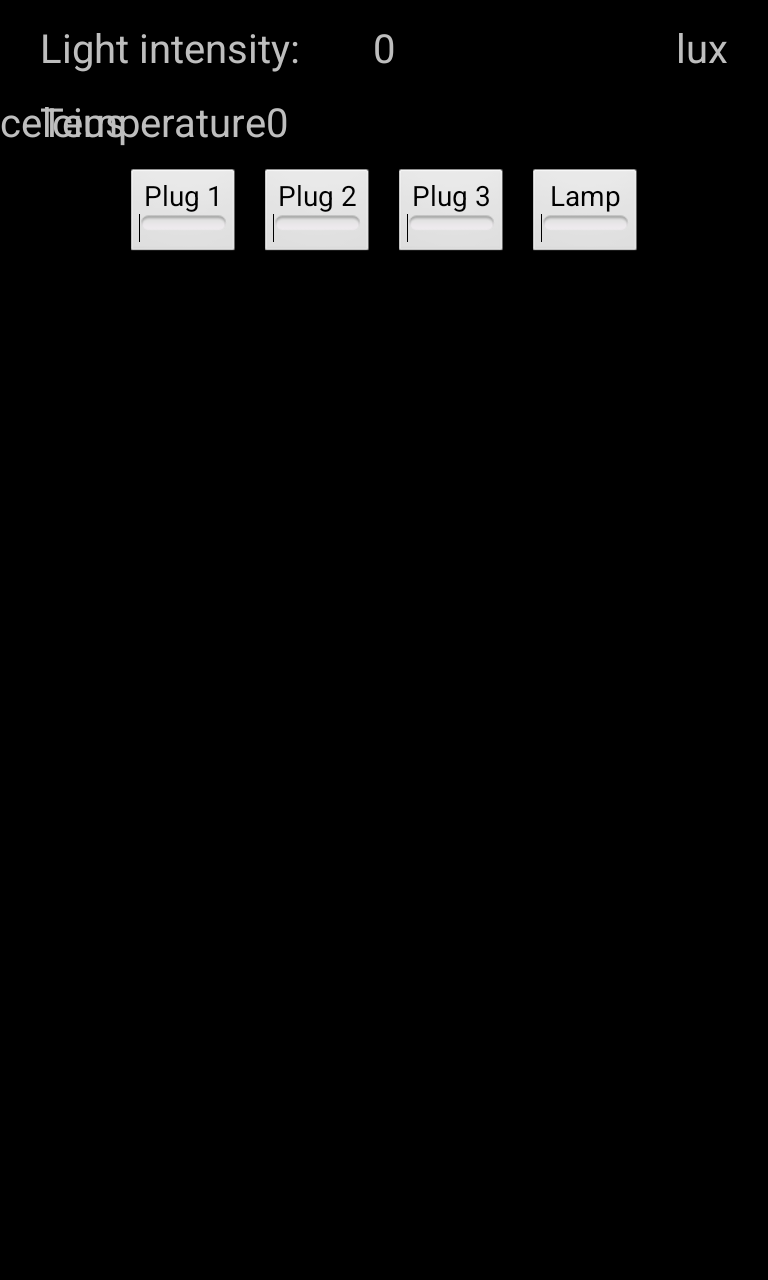
Repository: deanzaka/Shroom-Smart-Terminal
Layout: IOIOShroomST/res/layout/main.xml
These files come from the project's save history. The layout is drawn as it stood at one moment and after the next save; the edit follows.
It is drawn on a 768 x 1280 px phone screen (xhdpi) without system bars, with theme android:Theme; the app's code is not run.

Above is the layout before, as saved 2014-11-16 15:07:54.

### IOIOShroomST/res/layout/main.xml
<?xml version="1.0" encoding="utf-8"?>
<LinearLayout xmlns:android="http://schemas.android.com/apk/res/android"
    android:orientation="vertical"
    android:layout_width="fill_parent"
    android:layout_height="fill_parent">

	<RelativeLayout
		android:layout_width="match_parent"
		android:layout_height="wrap_content"
		android:orientation="horizontal"
		android:gravity="left"
		android:paddingTop="10dp">

		<TextView
			android:text="@string/light_label"
			android:layout_width="wrap_content"
			android:layout_height="wrap_content"
			android:layout_alignParentLeft="true"
			android:paddingLeft="20dp"
			android:textSize="20sp"
			/>

		<TextView
		    android:id="@+id/LuxValue"
		    android:layout_width="wrap_content"
		    android:layout_height="wrap_content"
		    android:layout_centerHorizontal="true"
		    android:text="0"
		    android:textSize="20sp" />

		<TextView
			android:text="@string/lux_label"
			android:layout_width="wrap_content"
			android:layout_height="wrap_content"
			android:layout_alignParentRight="true"
			android:paddingRight="20dp"
			android:textSize="20sp"
			/>
	</RelativeLayout>

	<RelativeLayout
		android:layout_width="wrap_content"
		android:layout_height="wrap_content"
		android:orientation="horizontal"
		android:gravity="left"
		android:paddingTop="10dp">

		<TextView
			android:id="@+id/TempLabel"
			android:text="@string/temp_label"
			android:layout_width="wrap_content"
			android:layout_height="wrap_content"
			android:paddingLeft="20dp"
			android:textSize="20sp"
			/>
		<TextView
			android:id="@+id/TempValue"
			android:text="0"
			android:layout_width="wrap_content"
			android:layout_height="wrap_content"
			android:layout_toRightOf="@id/TempLabel"
			android:textSize="20sp"
			/>
		<TextView
			android:text="@string/cel_label"
			android:layout_width="wrap_content"
			android:layout_height="wrap_content"
			android:paddingRight="20dp"
			android:textSize="20sp"
			/>
	</RelativeLayout>

	<RelativeLayout
	    android:layout_width="match_parent"
		android:layout_height="wrap_content"
		android:orientation="horizontal"
		android:gravity="center_horizontal"
		android:paddingTop="5dp">

		<ToggleButton
			android:id="@+id/Terminal1"
			android:layout_width="wrap_content"
			android:layout_height="wrap_content"
			android:layout_margin="5dp"
			android:text="@string/terminal_1"
			android:textOn="@string/terminal_1"
			android:textOff="@string/terminal_1"
			/>

		<ToggleButton
			android:id="@+id/Terminal2"
			android:layout_width="wrap_content"
			android:layout_height="wrap_content"
			android:layout_toRightOf="@id/Terminal1"
			android:layout_margin="5dp"
			android:text="@string/terminal_2"
			android:textOn="@string/terminal_2"
			android:textOff="@string/terminal_2"
			/>

		<ToggleButton
			android:id="@+id/Terminal3"
			android:layout_width="wrap_content"
			android:layout_height="wrap_content"
			android:layout_toRightOf="@id/Terminal2"
			android:layout_margin="5dp"
			android:text="@string/terminal_3"
			android:textOn="@string/terminal_3"
			android:textOff="@string/terminal_3"
			/>

		<ToggleButton
			android:id="@+id/Lamp"
			android:layout_width="wrap_content"
			android:layout_height="wrap_content"
			android:layout_toRightOf="@id/Terminal3"
			android:layout_margin="5dp"
			android:text="@string/lamp"
			android:textOn="@string/lamp"
			android:textOff="@string/lamp"
			/>

	</RelativeLayout>

</LinearLayout>

### IOIOShroomST/res/values/strings.xml
<?xml version="1.0" encoding="utf-8"?>
<resources>
    <string name="app_name">IOIO Sample app</string>
    <string name="seekbar_label">Move to control the position:</string>
    <string name="analog_label">Analog reading:</string>
    <string name="terminal_1">Plug 1</string>
    <string name="terminal_2">Plug 2</string>
    <string name="terminal_3">Plug 3</string>
    <string name="lamp">Lamp</string>

    <string name="light_label">Light intensity: </string>
    <string name="temp_label">Temperature</string>
    <string name="cel_label">celcius</string>
    <string name="lux_label">lux</string>

</resources>

After the next save:
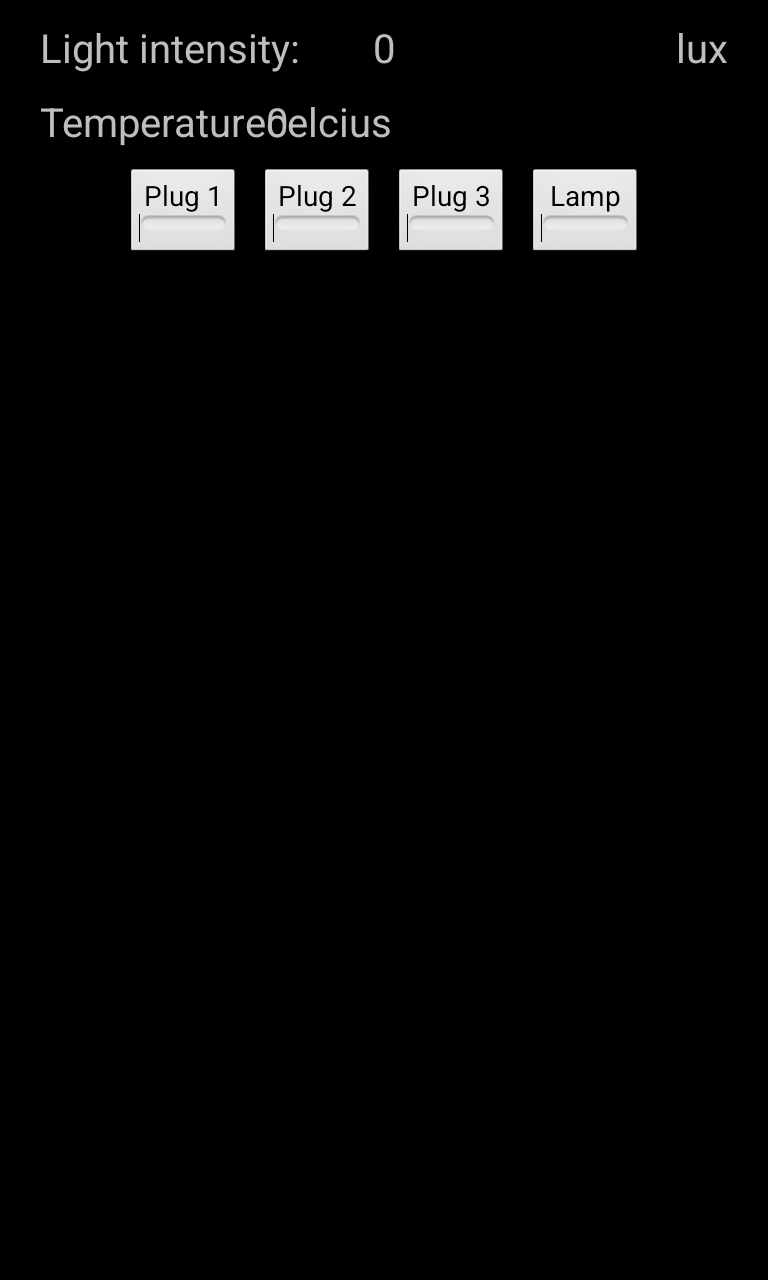
Saved 24 s later.
--- a/IOIOShroomST/res/layout/main.xml
+++ b/IOIOShroomST/res/layout/main.xml
@@ -65,6 +65,7 @@
 			android:text="@string/cel_label"
 			android:layout_width="wrap_content"
 			android:layout_height="wrap_content"
+			android:layout_toRightOf="@id/TempLabel"
 			android:paddingRight="20dp"
 			android:textSize="20sp"
 			/>
